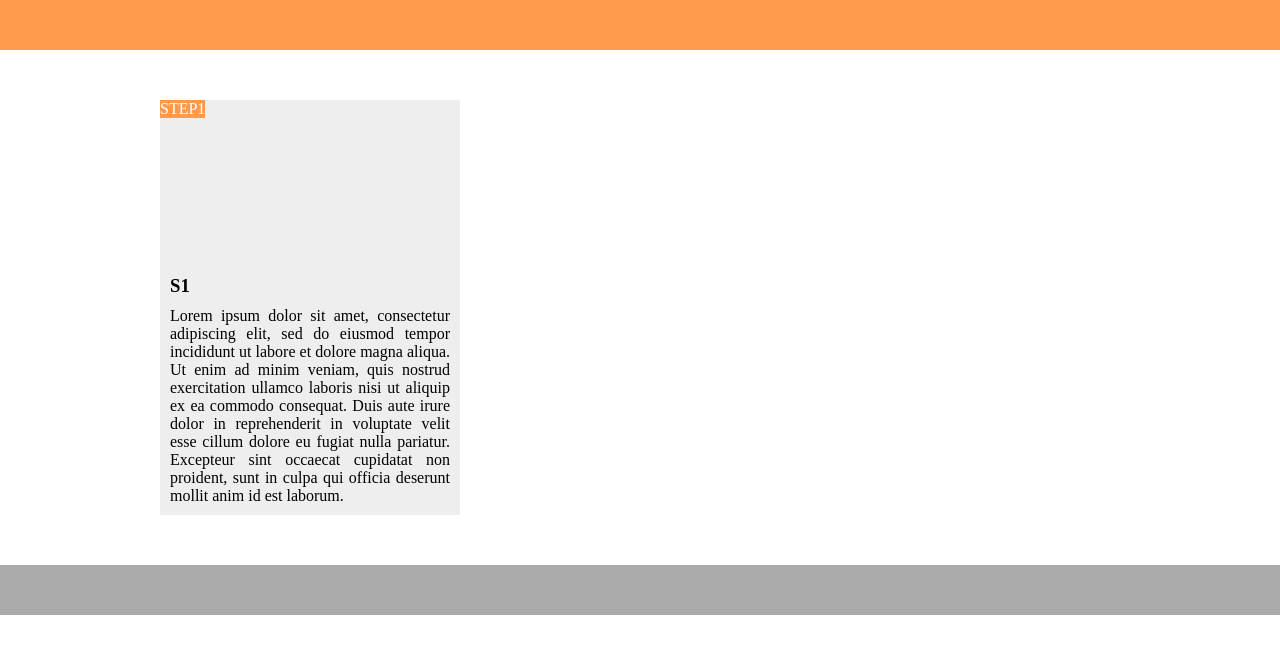
Repository: rascalNoShippo/git-practice
Page: chapter9_exercise/ex.html
The author's editor kept a record of every edit. The page is drawn from the files as they stood at one moment, then again after the next edit.
The browser window is 1280 px wide. The pictures show the whole page.

Above is the page before.

### chapter9_exercise/ex.html
<!DOCTYPE html>
<html>
  <head>
    <meta charset="utf-8">
    <title>chapter9_exercise</title>
    <link rel="stylesheet" href="ex.css">
  </head>
  <body>
    <header></header>
    <main>
      <section>
        <div class="bgimg"></div>
        <div class="step">
          <p>STEP1</p>
        </div>
        <h3 class="section-title">S1</h3>
        <p>Lorem ipsum dolor sit amet, consectetur adipiscing elit, sed do eiusmod tempor incididunt ut labore et dolore magna aliqua. Ut enim ad minim veniam, quis nostrud exercitation ullamco laboris nisi ut aliquip ex ea commodo consequat. Duis aute irure dolor in reprehenderit in voluptate velit esse cillum dolore eu fugiat nulla pariatur. Excepteur sint occaecat cupidatat non proident, sunt in culpa qui officia deserunt mollit anim id est laborum.</p>
      </section>
    </main>
    <footer></footer>
  </body>
</html>

### chapter9_exercise/ex.css
*{
  margin: 0;
  padding: 0;
  box-sizing: border-box;
}

body{
  background-color: white;
}

header{
  background-color: #ff9a4b;
  width: 100%;
  height: 50px;
}

footer{
  background-color: #aaa;
  width: 100%;
  height: 50px;
}

main{
  width: 960px;
  margin: 50px auto;
  display: flex;
  flex-wrap: nowrap;
}

section{
  background-color: #eee;
  width: 300px;
  padding: 10px;
  position: relative;
  display: inline-block;
}

section:nth-child(n+2){
  margin-left: 30px;
}

.bgimg{
  height: 150px;
  background-size: cover;
  background-position: center;
}

.bgimg.no1{
  background-image: url(img/flow01.png);
}

.bgimg.no2{
  background-image: url(img/flow02.png);
}

.bgimg.no3{
  background-image: url(img/flow03.png);
}

.section-title{
  margin: 15px 0 10px;
}

section p{
  text-align: justify;
}

.step{
  background-color: #ff9a4b;
  color: white;
  position: absolute;
  top: 0;
  left: 0;
}

After the next edit:
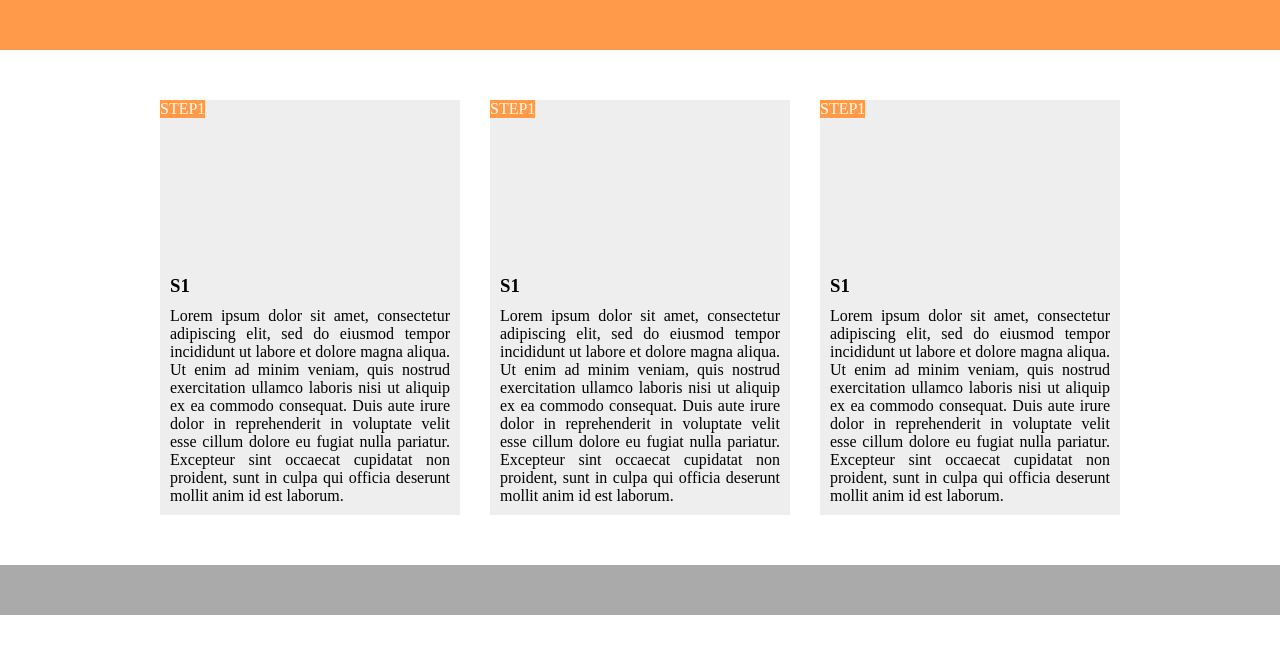
The edit:
--- a/chapter9_exercise/ex.html
+++ b/chapter9_exercise/ex.html
@@ -16,6 +16,22 @@
         <h3 class="section-title">S1</h3>
         <p>Lorem ipsum dolor sit amet, consectetur adipiscing elit, sed do eiusmod tempor incididunt ut labore et dolore magna aliqua. Ut enim ad minim veniam, quis nostrud exercitation ullamco laboris nisi ut aliquip ex ea commodo consequat. Duis aute irure dolor in reprehenderit in voluptate velit esse cillum dolore eu fugiat nulla pariatur. Excepteur sint occaecat cupidatat non proident, sunt in culpa qui officia deserunt mollit anim id est laborum.</p>
       </section>
+      <section>
+        <div class="bgimg"></div>
+        <div class="step">
+          <p>STEP1</p>
+        </div>
+        <h3 class="section-title">S1</h3>
+        <p>Lorem ipsum dolor sit amet, consectetur adipiscing elit, sed do eiusmod tempor incididunt ut labore et dolore magna aliqua. Ut enim ad minim veniam, quis nostrud exercitation ullamco laboris nisi ut aliquip ex ea commodo consequat. Duis aute irure dolor in reprehenderit in voluptate velit esse cillum dolore eu fugiat nulla pariatur. Excepteur sint occaecat cupidatat non proident, sunt in culpa qui officia deserunt mollit anim id est laborum.</p>
+      </section>
+      <section>
+        <div class="bgimg"></div>
+        <div class="step">
+          <p>STEP1</p>
+        </div>
+        <h3 class="section-title">S1</h3>
+        <p>Lorem ipsum dolor sit amet, consectetur adipiscing elit, sed do eiusmod tempor incididunt ut labore et dolore magna aliqua. Ut enim ad minim veniam, quis nostrud exercitation ullamco laboris nisi ut aliquip ex ea commodo consequat. Duis aute irure dolor in reprehenderit in voluptate velit esse cillum dolore eu fugiat nulla pariatur. Excepteur sint occaecat cupidatat non proident, sunt in culpa qui officia deserunt mollit anim id est laborum.</p>
+      </section>
     </main>
     <footer></footer>
   </body>
